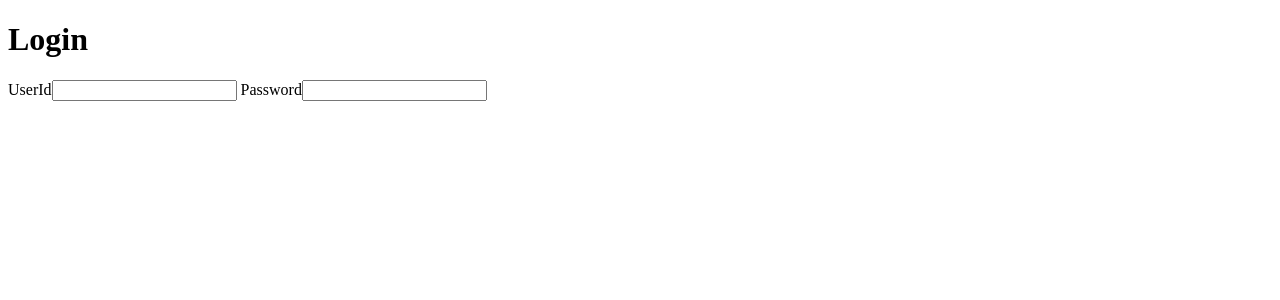
Repository: Strangeryoga/JSHS
Page: Servlet2/login-page/src/main/webapp/login.html
An editor plug-in stored every save of this project. The page is shown before and after the next save, followed by the edit.
The browser window is 1280 px wide. The pictures show the whole page.

Above is the page before, as saved 2023-08-09 19:24:56.

After the next save:
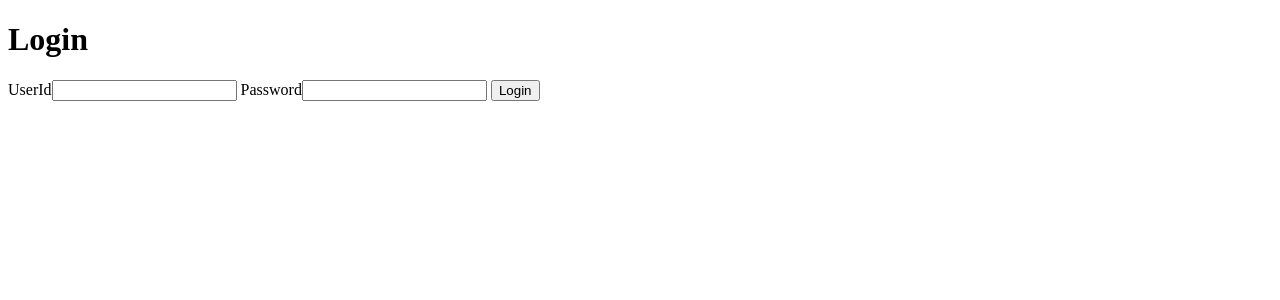
Saved 80 s later.
--- a/Servlet2/login-page/src/main/webapp/login.html
+++ b/Servlet2/login-page/src/main/webapp/login.html
@@ -7,8 +7,10 @@
 <body>
 
 <h1>Login</h1>
+<form action="" method="post">
 UserId<input type="text" name="ui">
 Password<input type="password" name="ps">
-
+<button>Login</button>
+</form>
 </body>
 </html>
